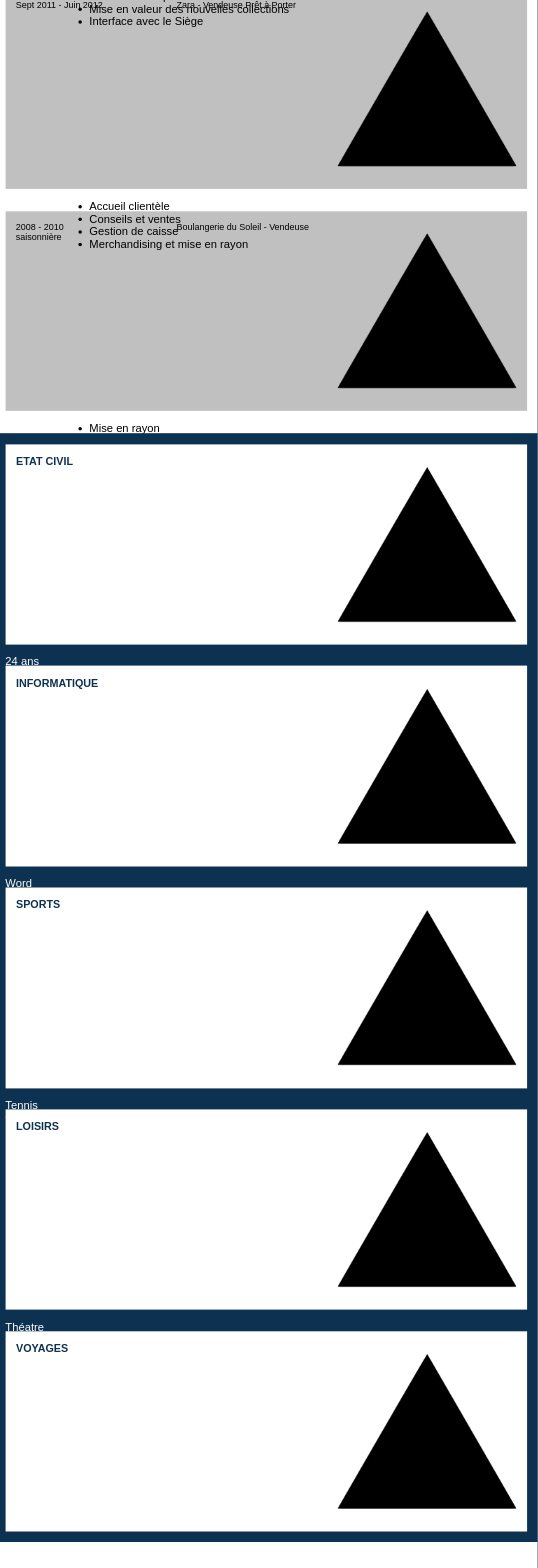
Repository: evalwebmeteofullstack/Gestion_meteo
Page: Notes/Exercices/static/ExoCV/CV.html
These files come from the project's save history. The page is drawn as it stood at one moment and after the next save; the edit follows.
The browser window is 768 px wide. The pictures show the part of the page from y = 747 to 2987 px (the page is 2987 px tall before and 2817 px after), at 70% of full size.

Above is the page before, as saved 2019-01-29 16:19:43.

After the next save:
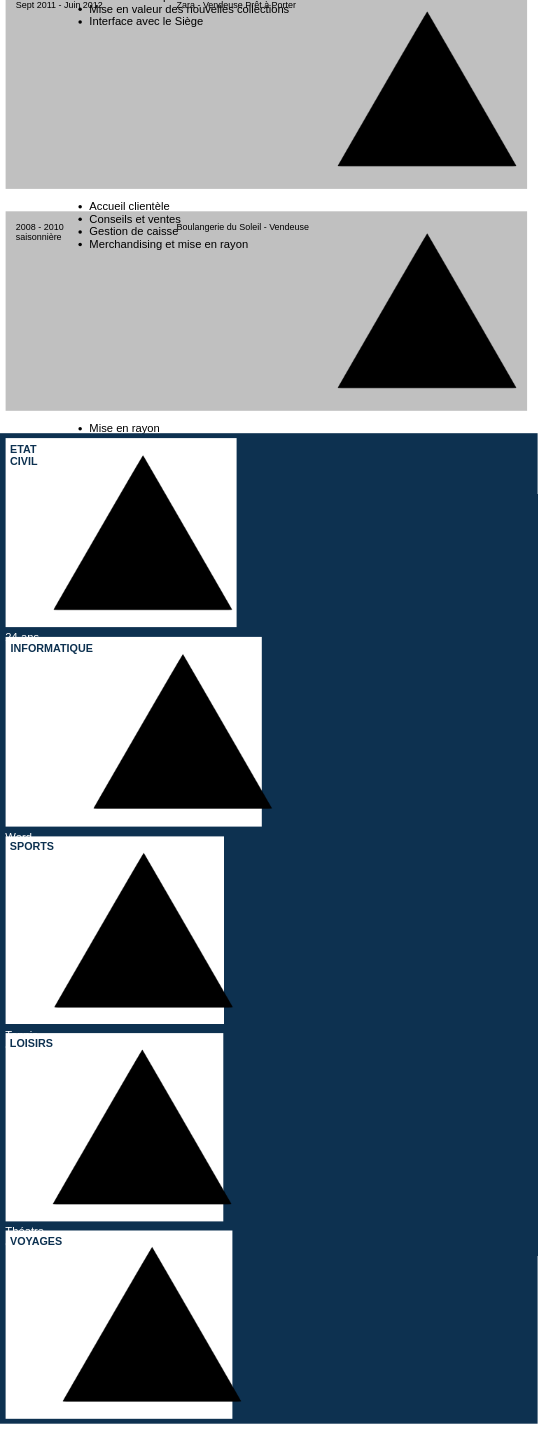
Saved 16 s later.
--- a/Notes/Exercices/static/ExoCV/StyleCV.css
+++ b/Notes/Exercices/static/ExoCV/StyleCV.css
@@ -169,7 +169,7 @@ input[type=checkbox] {
 	}
 	#divDivers {
 		width: 100%;
-		align-content: flex-start;
+		align-items: baseline;
 	}
 	#divDivers label {
 		display: flex;
